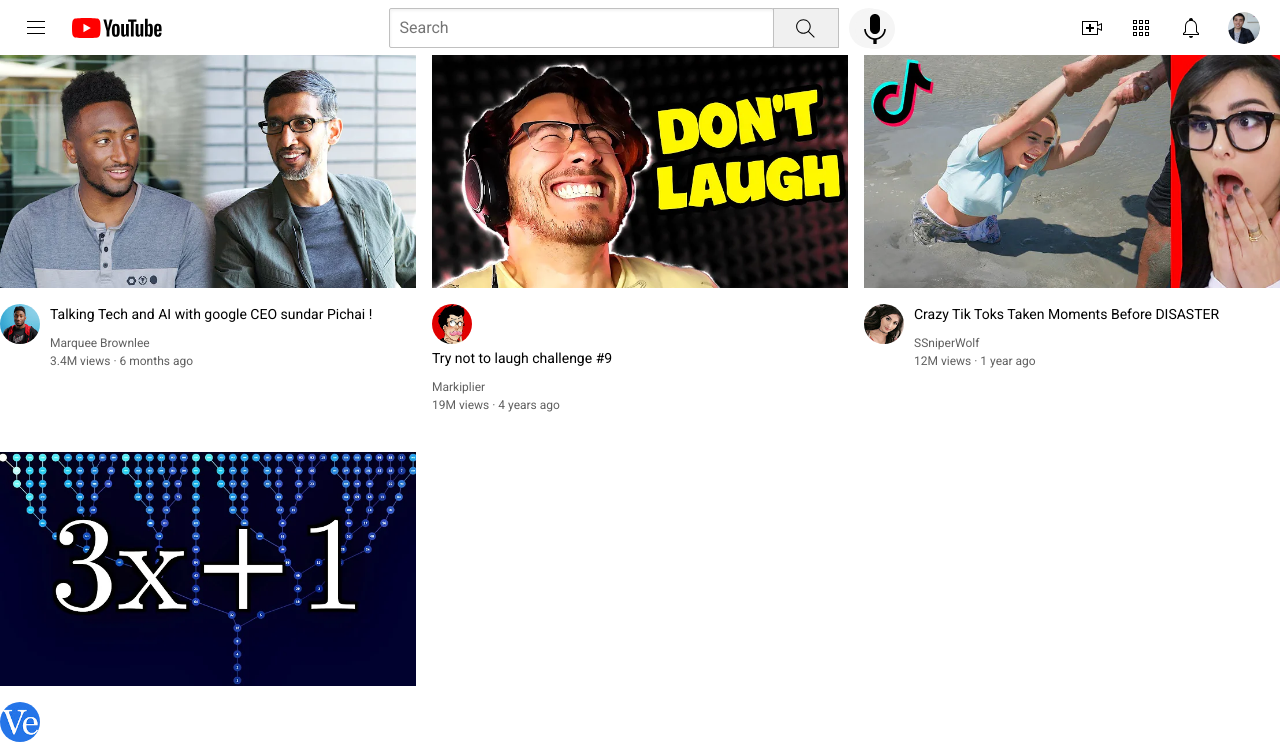
Repository: knowledgeAlan/html-css-thirteen
Page: youtube.html
These files come from the project's save history. The page is drawn as it stood at one moment and after the next save; the edit follows.
The browser window is 1280 px wide. The pictures show the whole page.

Above is the page before, as saved 2024-03-19 17:44:33.

### youtube.html
<!DOCTYPE html>
<html>

<head>
    <title>Youtube.com Clone</title>

    <link rel="preconnect" href="https://fonts.googleapis.com">
    <link rel="preconnect" href="https://fonts.gstatic.com" crossorigin>
    <link href="https://fonts.googleapis.com/css2?family=Roboto:wght@400;500;700&display=swap" rel="stylesheet">

    <link rel="stylesheet" href="styles/general.css">
    <link rel="stylesheet" href="styles/header.css">
    <link rel="stylesheet" href="styles/video.css">

    <body>


        <div class="header">


            <div class="left-section">

                <img class="hamburger-menu" src="icons/hamburger-menu.svg">
                <img class="youtube-logo" src="icons/youtube-logo.svg">

            </div>

            <div class="middle-section">
                <input class="search-bar" type="text" placeholder="Search">

                <button class="search-button">
                    <img class="search-icon" src="icons/search.svg">
                </button>

                <button class="voice-search-button">
                       <img class="voice-search-button" src="icons/voice-search-icon.svg" >
                </button>
            </div>

            <div class="right-section">
                <img class="upload-icon" src="icons/upload.svg">
                <img class="youtube-apps-icon" src="icons/youtube-apps.svg">
                <img class="notifications-icon" src="icons/notifications.svg">
                <img class="current-user-picture" src="channel-pictures/my-channel.jpeg">

            </div>

        </div>

        <div class="video-grid">

            <div class="video-preview">

                <div class="thumbnail-row">
                    <img class="thumbnail" src="thumbnails/thumbnail-1.webp">
                </div>

                <div class="video-info-grid">

                    <div class="channel-picture">
                        <img class="profile-picture" src="channel-pictures/channel-1.jpeg">
                    </div>

                    <div class="video-info">
                        <p class="video-title">
                            Talking Tech and AI with google CEO sundar Pichai !

                        </p>

                        <p class="video-author">
                            Marquee Brownlee
                        </p>

                        <p class="video-stats">
                            3.4M views &#183; 6 months ago
                        </p>

                    </div>
                </div>
            </div>


            <div class="video-preview">
                    <div class="thumbnail-row">
                        <img class="thumbnail" src="thumbnails/thumbnail-2.webp">

                    </div>

                    <div class="=video-info-grid">
                        <div class="channel-picture">
                            <img class="profile-picture" src="channel-pictures/channel-2.jpeg">
                        </div>

                        <div class="video-info">
                            <p class="video-title">
                                Try not to laugh challenge #9
                            </p>

                            <p class="video-author">
                                Markiplier
                            </p>

                            <p class="video-stats">
                                19M views &#183; 4 years ago
                            </p>
                        </div>
                    </div>
            </div>



            <div class="video-preview">

                <div class="thumbnail-row">
                    <img class="thumbnail" src="thumbnails/thumbnail-3.webp">
                </div>

                <div class="video-info-grid">
                    <div class="channel-picture">
                        <img class="profile-picture"    src="channel-pictures/channel-3.jpeg">
                    </div>

                    <div class="video-info">
                         <p class="video-title">
                            Crazy Tik Toks Taken Moments Before DISASTER
                         </p>

                         <p class="video-author">
                            SSniperWolf
                         </p>

                         <p class="video-stats">
                            12M views &#183; 1 year ago
                         </p>
                    </div>
                </div>
            </div>

            <div class="video-preview">
                <div class="thumbnail-row">
                    <img class="thumbnail" src="thumbnails/thumbnail-4.webp">
                </div>
                <div class="video-info-grid">
                    <div class="channel-picture">
                        <img class="profile-picture" src="channel-pictures/channel-4.jpeg">
                    </div>
                </div>
            </div>
        </div>



    </body>
</head>
</html>

### styles/general.css
p{
    font-family: Roboto,Arial;
    margin-top: 0;
    margin-bottom: 0;
}

body{
    margin: 0;
}

### styles/header.css
.header {
    height: 55px;
    display: flex;
    flex-direction: row;
    justify-content: space-between;


}


.left-section {

    display: flex;
    align-items: center;
}

.hamburger-menu {

    height: 24px;
    margin-left: 24px;
    margin-right: 24px;
}


.youtube-logo {
    height: 20px ;
}

.middle-section {
    flex: 1;
    margin-left: 70px;
    margin-right:  35px;
    max-width: 500px;
    display: flex;
    align-items: center;
}

.search-bar{
    flex: 1;
    height: 36px;
    padding-left: 10px;
    font-size: 16px;
    border-width: 1px;
    border-style: solid;
    border-color: rgb(192, 192, 192);
    border-radius: 2px;
    box-shadow: inset 1px 2px 3px rgba(0, 0, 0, 0.05);
    width: 0;

}



.search-bar::placeholder {
    font-family: Roboto,Arial;
    font-size: 16px;
}


.search-button{
    height: 40px;
    width: 66px;
    background-color: rgb(240, 240, 240);
    border-width: 1px;
    border-style: solid;
    border-color: rgb(192, 192, 192);
    margin-left: -1px;
    margin-right: 10px;
}


.search-icon {
    height: 25px;
    margin-top: 4px;
}


.voice-search-button{
    height: 40px;
    width: 40px;
    border-radius: 20px;
    border: none;
    background-color: rgb(245, 245, 245);
}


.video-search-icon {
    height: 24px;
    width: 40px;
    border-radius: 20px;
    border: none;
    background-color: rgb(245, 245, 245);
}

.right-section {
    width: 180px;
    margin-right: 20px;
    display: flex;
    align-items: center;
    justify-content: space-between;
    flex-shrink: 0;

}

.upload-icon {
    height: 24px;
}

.youtube-apps-icon{
    height: 24px;
}


.notifications-icon {
    height: 24px;
}

.current-user-picture {
    height: 32px;
    border-radius: 16px ;
}

### styles/video.css
.thumbnail{
    width: 100%;
}

.video-title {
    margin-top: 0;
    font-size: 14px;
    font-weight: 500px ;
    line-height: 20px;
    margin-bottom: 12px;
}


.video-info-grid {
    display: grid;
    grid-template-columns: 50px 1fr;
}


.profile-picture{
    width: 40px;
    border-radius: 50px;
}


.thumbnail-row {
    margin-bottom: 12px;
}

.video-author,.video-stats {
    font-size: 12px;
    color: rgb(96, 96, 96);
}

.video-author {
    margin-bottom: 4px;
}

.video-grid{
    display: grid;
    grid-template-columns: 1fr 1fr 1fr;
    column-gap: 16px;
    row-gap: 40px;
}

After the next save:
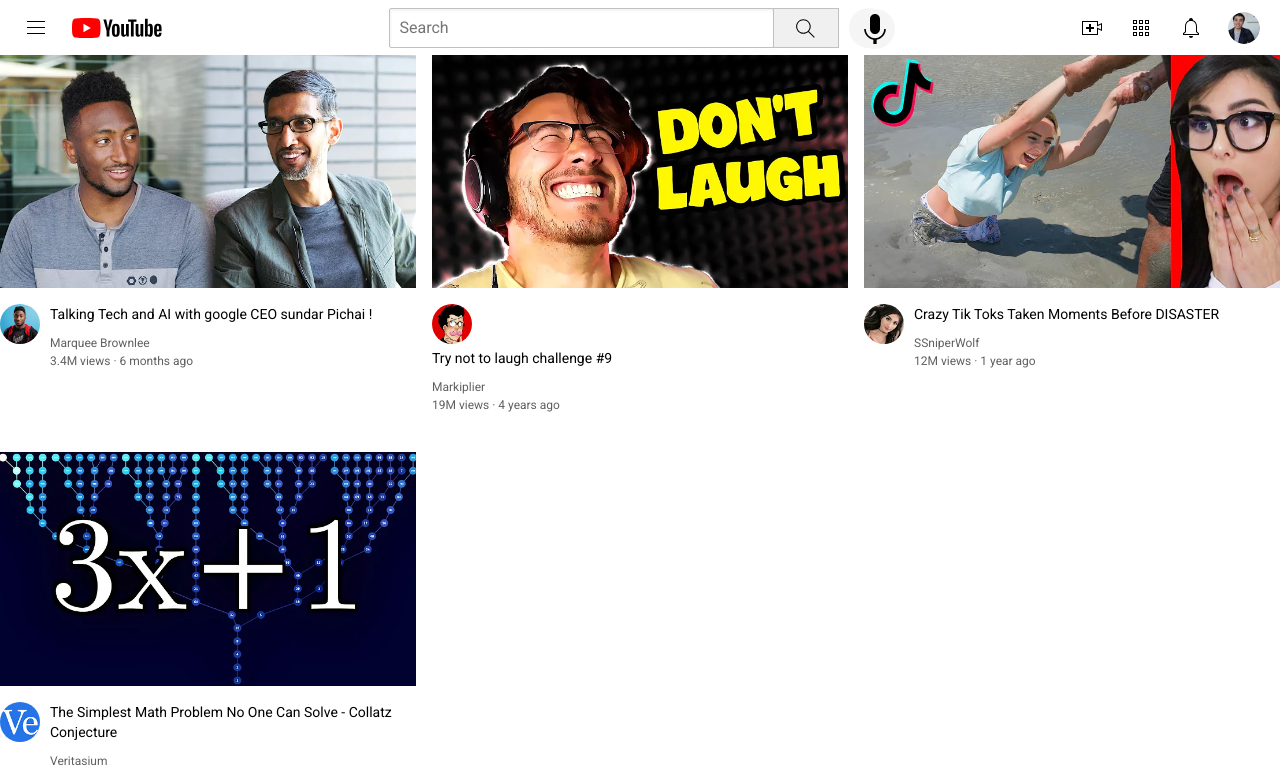
Saved 2 min 46 s later.
--- a/youtube.html
+++ b/youtube.html
@@ -144,6 +144,16 @@
                     <div class="channel-picture">
                         <img class="profile-picture" src="channel-pictures/channel-4.jpeg">
                     </div>
+
+                    <div class="video-info">
+                        <p class="video-title">
+                            The Simplest Math Problem No One Can Solve - Collatz Conjecture
+                        </p>
+                        <p class="video-author">
+                            Veritasium
+                        </p>
+
+                    </div>
                 </div>
             </div>
         </div>
